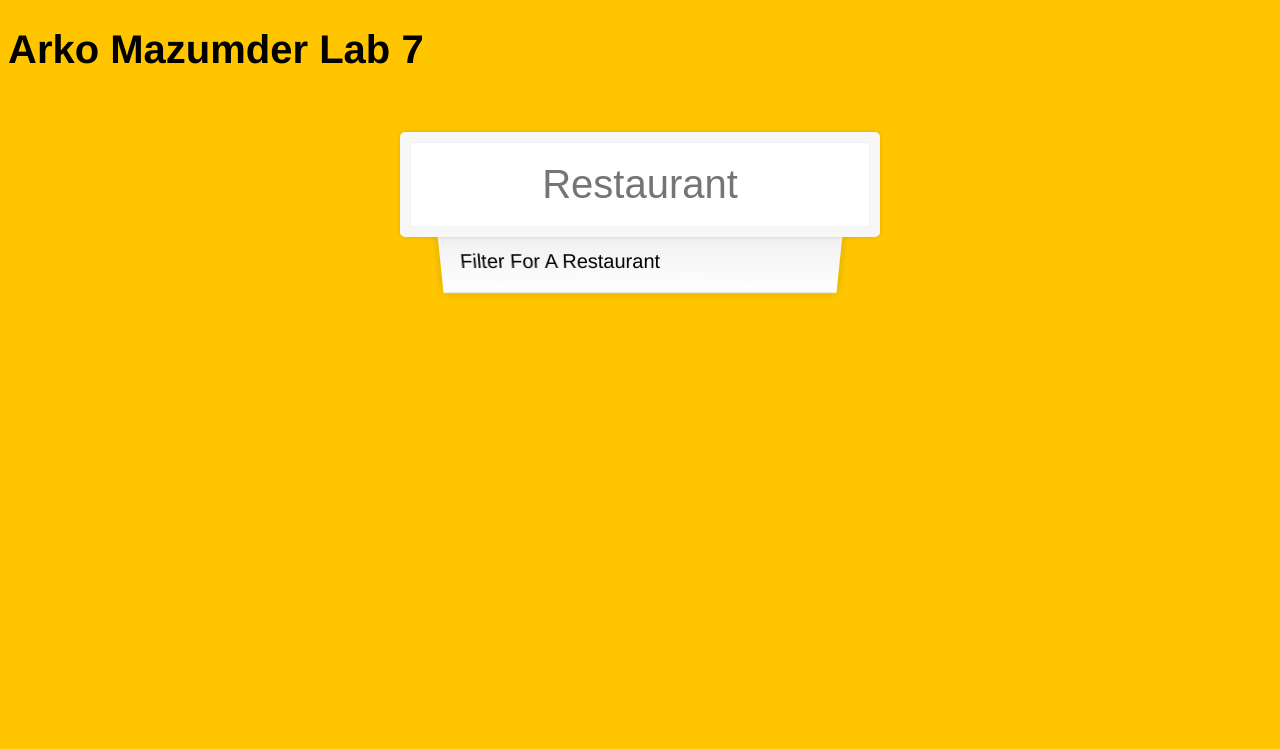
Repository: arkomz/INST377-Lab-Work
Page: client/lab_7/index.html
An editor plug-in stored every save of this project. The page is shown before and after the next save, followed by the edit.
The browser window is 1280 px wide. The pictures show the whole page.
The page's requests for data from a server got no answer. Some web libraries are served in a nearby version.

Above is the page before, as saved 2021-10-15 16:32:08.

### client/lab_7/index.html
<!DOCTYPE html>
<html lang="en">
<head>
  <meta charset="UTF-8">
  <title>Arko Mazumder Lab 7</title>
  <h1 class='title'> Arko Mazumder Lab 7</h1>
  <link rel="stylesheet" href="styles.css">
  <link rel="stylesheet" href="https://unpkg.com/leaflet@1.7.1/dist/leaflet.css"
  integrity="sha512-xodZBNTC5n17Xt2atTPuE1HxjVMSvLVW9ocqUKLsCC5CXdbqCmblAshOMAS6/keqq/sMZMZ19scR4PsZChSR7A=="
  crossorigin=""/>
  <script src="https://unpkg.com/leaflet@1.7.1/dist/leaflet.js"
  integrity="sha512-XQoYMqMTK8LvdxXYG3nZ448hOEQiglfqkJs1NOQV44cWnUrBc8PkAOcXy20w0vlaXaVUearIOBhiXZ5V3ynxwA=="
  crossorigin=""></script>
</head>
<body>

  <form class="search-form">
    <input type="text" class="search" placeholder="Restaurant">
    <ul class="suggestions">
      <li>Filter for a Restaurant</li>
    </ul>
  </form>
  <div id="mapid"></div>
  </body>
  <script src= "script.js"></script>
</html>

### client/lab_7/styles.css
html {
    box-sizing: border-box;
    background: #ffc600;
    font-family: 'helvetica neue';
    font-size: 20px;
    font-weight: 200;
  }

  *, *:before, *:after {
    box-sizing: inherit;
  }

  input {
    width: 100%;
    padding: 20px;
  }

  .search-form {
    max-width: 400px;
    margin: 50px auto;
  }

  input.search {
    margin: 0;
    text-align: center;
    outline: 0;
    border: 10px solid #F7F7F7;
    width: 120%;
    left: -10%;
    position: relative;
    top: 10px;
    z-index: 2;
    border-radius: 5px;
    font-size: 40px;
    box-shadow: 0 0 5px rgba(0, 0, 0, 0.12), inset 0 0 2px rgba(0, 0, 0, 0.19);
  }

  .suggestions {
    margin: 0;
    padding: 0;
    position: relative;
    /*perspective: 20px;*/
  }

  .suggestions li {
    background: white;
    list-style: none;
    border-bottom: 1px solid #D8D8D8;
    box-shadow: 0 0 10px rgba(0, 0, 0, 0.14);
    margin: 0;
    padding: 20px;
    transition: background 0.2s;
    display: flex;
    justify-content: space-between;
    text-transform: capitalize;
  }

  .suggestions li:nth-child(even) {
    transform: perspective(100px) rotateX(3deg) translateY(2px) scale(1.001);
    background: linear-gradient(to bottom,  #ffffff 0%,#EFEFEF 100%);
  }

  .suggestions li:nth-child(odd) {
    transform: perspective(100px) rotateX(-3deg) translateY(3px);
    background: linear-gradient(to top,  #ffffff 0%,#EFEFEF 100%);
  }

  span.population {
    font-size: 15px;
  }

  .hl {
    background: #ffc600;
  }

  #mapid {
      height: 400px;
      width: 300px;
    }

### client/lab_7/script.js
async function windowActions() {

    const endpoint = 'https://data.princegeorgescountymd.gov/resource/umjn-t2iz.json';
    const restaurants = []
    const request = await fetch(endpoint)
      .then(blob => blob.json())
      .then(data => restaurants.push(...data));


    function findMatches(wordToMatch, restaurants) {
      return restaurants.filter(place => {

        const regex = new RegExp(wordToMatch, 'gi');
        return place.name.match(regex)
        return place.zip.match(regex)
      });
    }

    function mapInit() {
        var mymap = L.map('mapid').setView([51.505, -0.09], 13);
        L.tileLayer('https://api.mapbox.com/styles/v1/{id}/tiles/{z}/{x}/{y}?access_token={accessToken}', {
        attribution: 'Map data &copy; <a href="https://www.openstreetmap.org/copyright">OpenStreetMap</a> contributors, Imagery © <a href="https://www.mapbox.com/">Mapbox</a>',
        maxZoom: 18,
        id: 'mapbox/streets-v11',
        tileSize: 512,
        zoomOffset: -1,
        accessToken: 'pk.eyJ1IjoiYXJrb216OTEiLCJhIjoiY2t1c3RhaGFpNWk2cTJucWpzYno1cnZ6YiJ9.uw81Ywj5jrcHVHOD2NdNpw'
        }).addTo(mymap);
    }
    mapInit()

    function displayMatches(event) {
      const matchArray = findMatches(event.target.value, restaurants);
      const html = matchArray.map(place => {
        const regex = new RegExp(event.target.value, 'gi');
        const restaurantName = place.name.replace(regex, `<span class="hl">${event.target.value}</span>`);
        const zipName = place.zip.replace(regex, `<span class="hl">${event.target.value}</span>`);
        return `
          <li>
            <span class="name">${restaurantName}</span>
            <span class="zip">${zipName}</span>
          </li>
        `;
      }).join('');
      suggestions.innerHTML = html;
    }
    const searchInput = document.querySelector('.search');
    const suggestions = document.querySelector('.suggestions');

    searchInput.addEventListener('change', displayMatches);
    searchInput.addEventListener('keyup', (evt) => { displayMatches(evt) });

    }
    window.onload = windowActions;

After the next save:
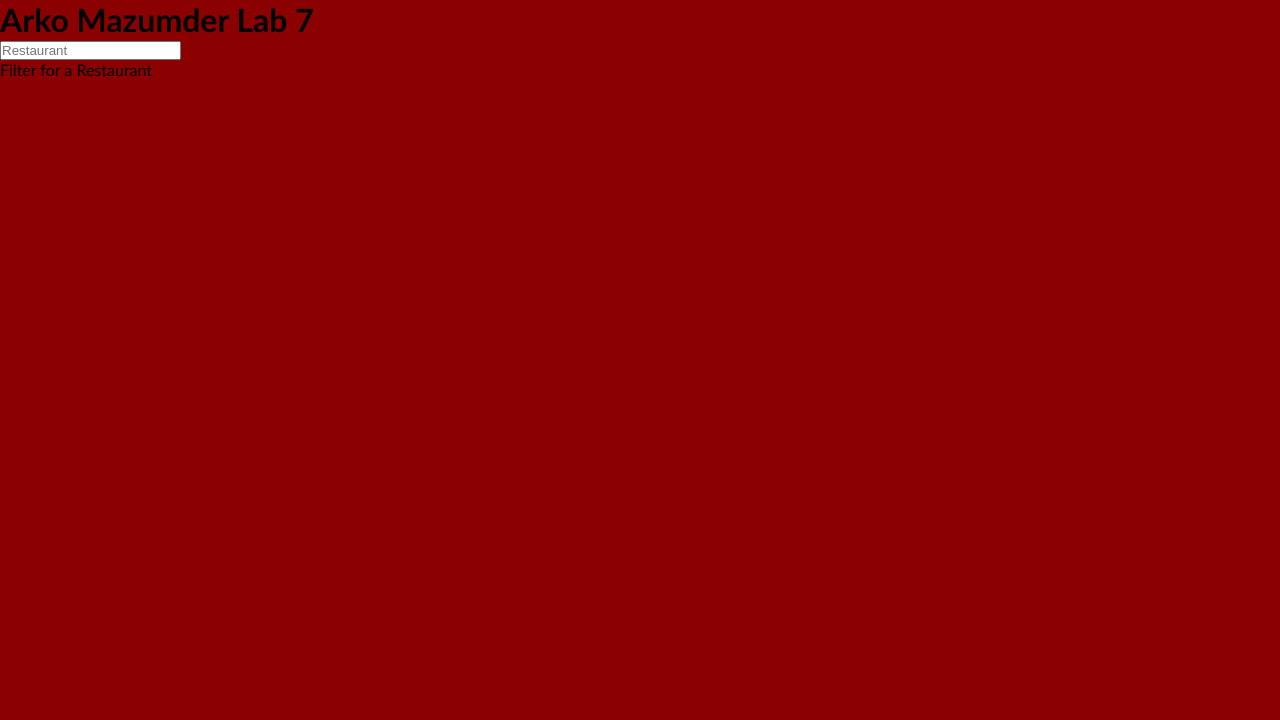
Saved 9 min 10 s later.
--- a/client/lab_7/styles.css
+++ b/client/lab_7/styles.css
@@ -1,76 +1,35 @@
-html {
+* {
+    margin: 0;
+    padding: 0;
     box-sizing: border-box;
-    background: #ffc600;
-    font-family: 'helvetica neue';
-    font-size: 20px;
-    font-weight: 200;
   }
 
-  *, *:before, *:after {
-    box-sizing: inherit;
+  html {
+    height: 100%;
   }
 
-  input {
-    width: 100%;
-    padding: 20px;
+  body {
+    height: 100%;
+    margin: 0;
+    padding: 0;
+    font-family: ‘Segoe UI’, Candara, ‘Bitstream Vera Sans’, ‘DejaVu Sans’,
+        ‘Bitsream Vera Sans’, ‘Trebuchet MS’, Verdana, ‘Verdana Ref’, sans-serif;
+    background-color: #8b0000;
   }
 
-  .search-form {
-    max-width: 400px;
-    margin: 50px auto;
+  /* Page Layout */
+  .columns {
+    display: flex;
+    flex-wrap: wrap;
   }
 
-  input.search {
-    margin: 0;
-    text-align: center;
-    outline: 0;
-    border: 10px solid #F7F7F7;
-    width: 120%;
-    left: -10%;
-    position: relative;
-    top: 10px;
-    z-index: 2;
-    border-radius: 5px;
-    font-size: 40px;
-    box-shadow: 0 0 5px rgba(0, 0, 0, 0.12), inset 0 0 2px rgba(0, 0, 0, 0.19);
+  .wrapper {
+    display: flex;
   }
 
-  .suggestions {
-    margin: 0;
-    padding: 0;
-    position: relative;
-    /*perspective: 20px;*/
-  }
-
-  .suggestions li {
-    background: white;
-    list-style: none;
-    border-bottom: 1px solid #D8D8D8;
-    box-shadow: 0 0 10px rgba(0, 0, 0, 0.14);
-    margin: 0;
-    padding: 20px;
-    transition: background 0.2s;
-    display: flex;
-    justify-content: space-between;
-    text-transform: capitalize;
-  }
-
-  .suggestions li:nth-child(even) {
-    transform: perspective(100px) rotateX(3deg) translateY(2px) scale(1.001);
-    background: linear-gradient(to bottom,  #ffffff 0%,#EFEFEF 100%);
-  }
-
-  .suggestions li:nth-child(odd) {
-    transform: perspective(100px) rotateX(-3deg) translateY(3px);
-    background: linear-gradient(to top,  #ffffff 0%,#EFEFEF 100%);
-  }
-
-  span.population {
-    font-size: 15px;
-  }
-
-  .hl {
-    background: #ffc600;
+  .container {
+    max-width: 960px;
+    margin-top: 25px;
   }
 
   #mapid {
